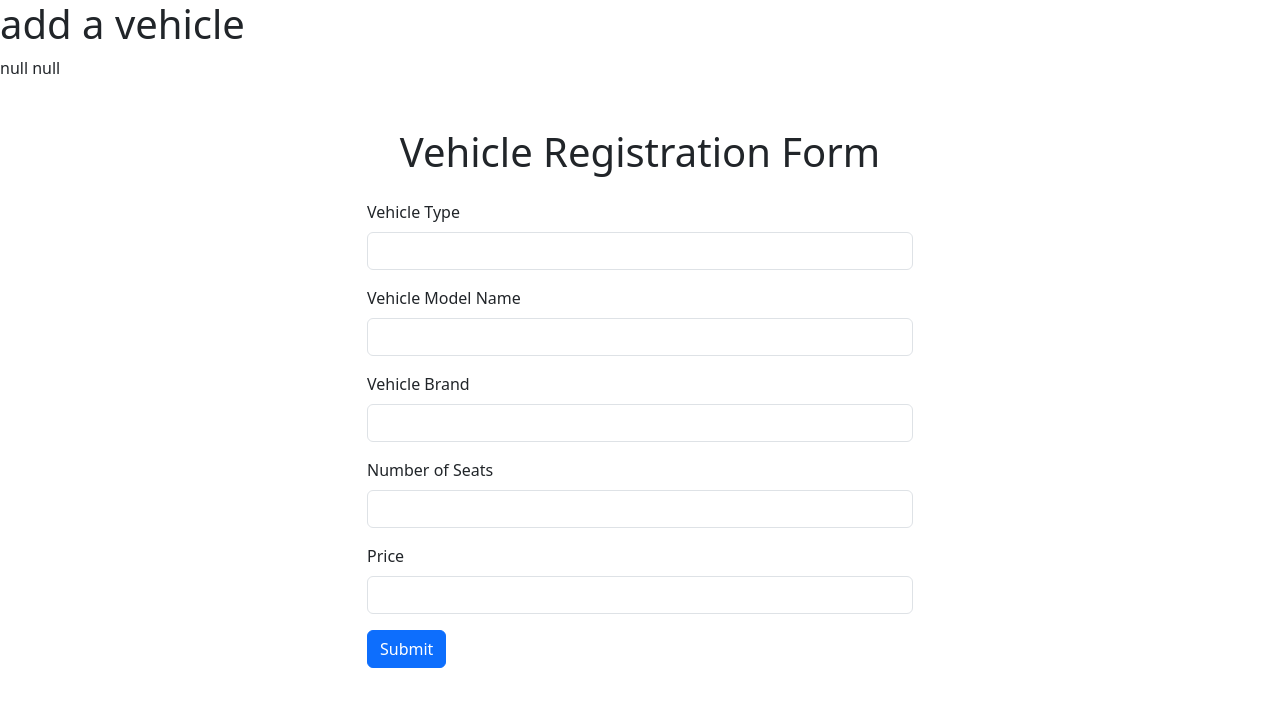
Repository: VimashaVishvani/VehicleRental
Page: http://localhost/Vehicle_rentalDb/addVehicle.jsp?id=%result=a
These files come from the project's save history. The page is drawn as it stood at one moment and after the next save; the edit follows.
The browser window is 1280 px wide. The pictures show the whole page.
The page is served by Tomcat 9. Other server files are loaded and not shown.

Above is the page before, as saved 2024-05-08 18:53:16.

### Vehicle_rentalDb/src/main/webapp/addVehicle.jsp
<%@ page language="java" contentType="text/html; charset=ISO-8859-1"
    pageEncoding="ISO-8859-1"%>
 <%@taglib prefix="c" uri="http://java.sun.com/jsp/jstl/core"%>
<!DOCTYPE html>
<html>

<head>

<link href="https://cdn.jsdelivr.net/npm/bootstrap@5.3.3/dist/css/bootstrap.min.css" rel="stylesheet" integrity="sha384-QWTKZyjpPEjISv5WaRU9OFeRpok6YctnYmDr5pNlyT2bRjXh0JMhjY6hW+ALEwIH" crossorigin="anonymous">
<meta charset="ISO-8859-1">
<title>Insert title here</title>
</head>
<body>

<h1>add a vehicle</h1>

 	<%
        String id = request.getParameter("id");
 		String result= request.getParameter("result");
        out.println(id);
        out.println(result);

    %>



<div class="container">
        <div class="row justify-content-center">
            <div class="col-md-3">
                <!-- Left column placeholder -->
            </div>
            <div class="col-md-6">
                <!-- Form -->
                <h1 class="text-center mt-5 mb-4">Vehicle Registration Form</h1>
                <form action="sR" method="post">
                    <div class="mb-3">
                        <label for="vType" class="form-label">Vehicle Type</label>
                        <input type="text" class="form-control" id="vType" name="vType">
                    </div>
                    <div class="mb-3">
                        <label for="vModelName" class="form-label">Vehicle Model Name</label>
                        <input type="text" class="form-control" id="vModelName" name="vModelName">
                    </div>
                    <div class="mb-3">
                        <label for="vBrand" class="form-label">Vehicle Brand</label>
                        <input type="text" class="form-control" id="vBrand" name="vBrand">
                    </div>
                    <div class="mb-3">
                        <label for="noOfSeats" class="form-label">Number of Seats</label>
                        <input type="number" class="form-control" id="noOfSeats" name="noOfSeats">
                    </div>
                    <div class="mb-3">
                        <label for="noOfSeats" class="form-label">Price</label>
                        <input type="number" class="form-control" id="nossOfSeats" name="price">
                    </div>
                    <input type="hidden" class="form-control" id="vssBrand" name="vOwner" value="<%= id %>">
                    <button type="submit" class="btn btn-primary">Submit</button>
                </form>
                <!-- End Form -->
            </div>
            <div class="col-md-3">
                <!-- Right column placeholder -->
            </div>
        </div>
    </div>
  <script src="https://cdn.jsdelivr.net/npm/bootstrap@5.3.3/dist/js/bootstrap.bundle.min.js" integrity="sha384-YvpcrYf0tY3lHB60NNkmXc5s9fDVZLESaAA55NDzOxhy9GkcIdslK1eN7N6jIeHz" crossorigin="anonymous"></script>
</body>
</html>

After the next save:
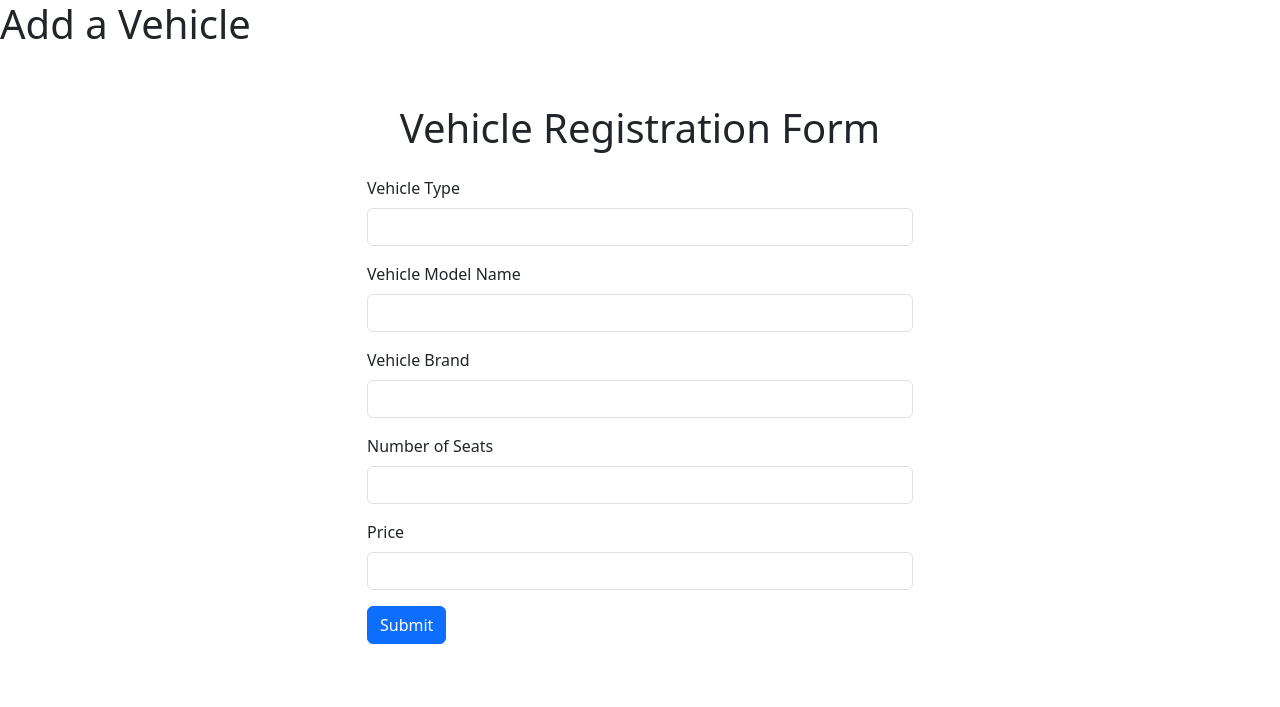
Saved 2 min 56 s later.
--- a/Vehicle_rentalDb/src/main/webapp/addVehicle.jsp
+++ b/Vehicle_rentalDb/src/main/webapp/addVehicle.jsp
@@ -12,13 +12,21 @@
 </head>
 <body>
 
-<h1>add a vehicle</h1>
+<h1>Add a Vehicle</h1>
 
  	<%
         String id = request.getParameter("id");
  		String result= request.getParameter("result");
-        out.println(id);
-        out.println(result);
+        //out.println(id);
+       // out.println(result);
+
+
+        if ("true".equals(result)) {
+            // Print JavaScript to display an alert box
+            out.println("<script type=\"text/javascript\">");
+            out.println("alert('Successfully added!');");
+            out.println("</script>");
+        }
 
     %>
 
